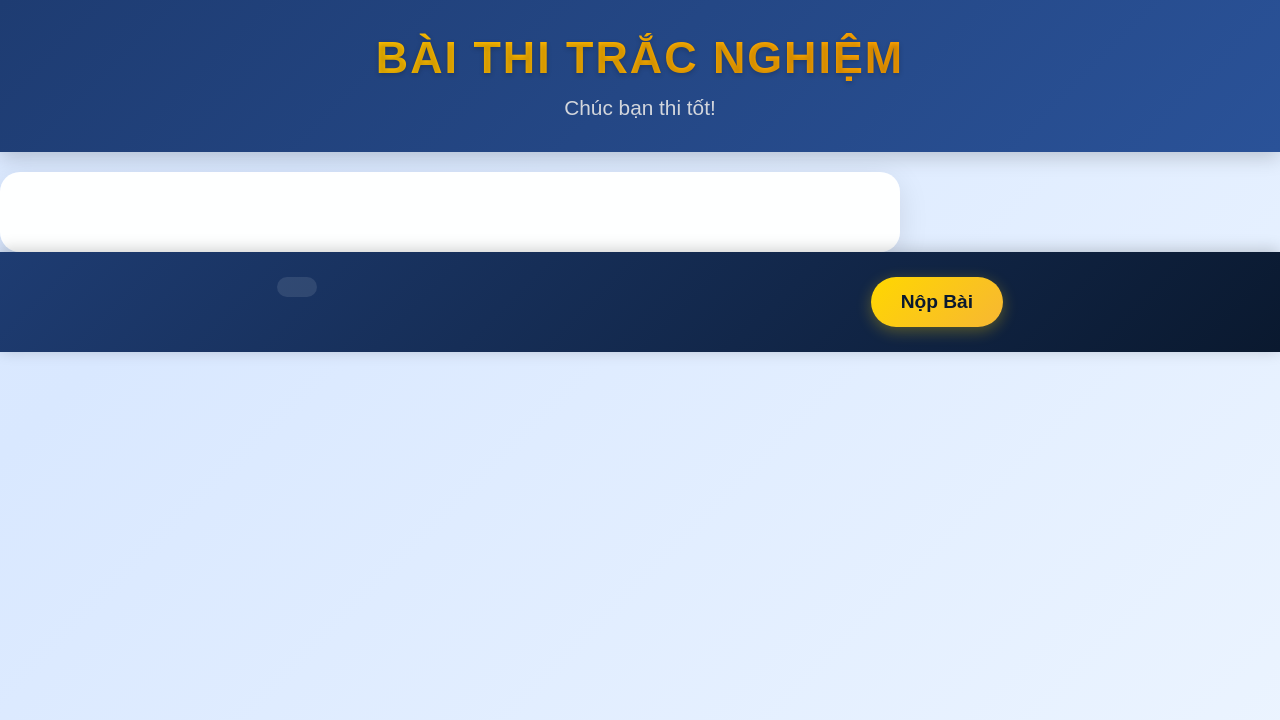
Repository: quankenda73/Prject_Final
Page: INDEX/quiz.html
The author's editor kept a copy of each file at every save. The page is drawn from the files as they stood at one save, then again after the next save.
The browser window is 1280 px wide. The pictures show the whole page.

Above is the page before, as saved 2025-02-25 18:48:28.
Console error (its wording comes from the project's code and is left out).

After the next save:
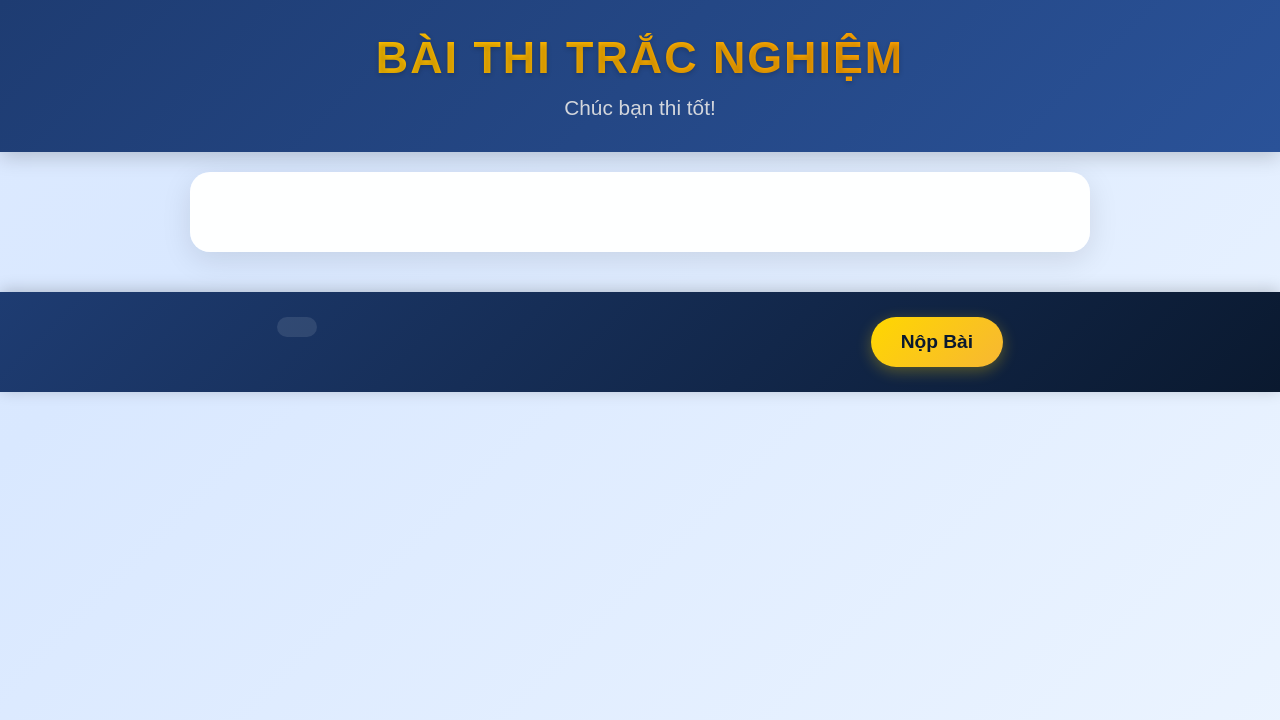
Saved 7 min 0 s later.
--- a/INDEX/quiz.html
+++ b/INDEX/quiz.html
@@ -55,17 +55,10 @@
             font-weight: 300;
         }
 
-        main {
-            flex: 1;
-            display: flex;
-            justify-content: center;
-            align-items: center;
-            padding: 40px 20px;
-        }
-
         section {
             width: 100%;
             max-width: 900px;
+            margin: 40px auto;
             background: rgba(255, 255, 255, 0.98);
             padding: 40px;
             border-radius: 20px;
@@ -169,11 +162,8 @@
                 font-size: 1.1rem;
             }
 
-            main {
-                padding: 20px;
-            }
-
             section {
+                margin: 20px auto;
                 padding: 25px;
             }
 
@@ -236,7 +226,6 @@
         let remainingTime = timeLimit;
         let questionsData = [];
 
-        // Tải đề thi từ server.js
         fetch(`http://localhost:3000/api/questions?subject=${subject}&level=${level}`)
             .then(response => {
                 if (!response.ok) {
@@ -308,22 +297,18 @@
 
             questionsData.forEach((q, index) => {
                 const selectedAnswer = document.querySelector(`input[name="q${index}"]:checked`);
-                const selectedValue = selectedAnswer ? selectedAnswer.value : "Chưa chọn";
-
-                if (selectedValue === "Chưa chọn") {
+                const selectedValue = selectedAnswer ? selectedAnswer.value.trim() : "Chưa chọn";
+
+                const isCorrect = selectedValue === q.answer.trim();
+
+                if (isCorrect) {
+                    score++;
                     explanations.push({
                         question: q.question,
-                        selected: "Chưa chọn",
+                        selected: selectedValue,
                         correct: q.answer,
-                        explanation: "Không có giải thích vì bạn chưa chọn đáp án."
+                        explanation: "Đáp án đúng, không cần giải thích thêm."
                     });
-                    return;
-                }
-
-                const isCorrect = selectedValue.trim() === q.answer.trim();
-
-                if (isCorrect) {
-                    score++;
                 } else {
                     const promise = getGeminiExplanation(`Câu hỏi: ${q.question}\nBạn chọn: ${selectedValue}\nĐáp án đúng: ${q.answer}`)
                         .then(explanation => {
@@ -340,7 +325,7 @@
                                 question: q.question,
                                 selected: selectedValue,
                                 correct: q.answer,
-                                explanation: "Không thể lấy lời giải thích."
+                                explanation: "Không thể lấy giải thích từ AI."
                             });
                         });
                     promises.push(promise);
@@ -348,7 +333,11 @@
             });
 
             Promise.all(promises).then(() => {
-                const answerParams = questionsData.map((_, index) => `q${index}=${encodeURIComponent(explanations[index]?.selected || "Chưa chọn")}`).join('&');
+                const answerParams = questionsData.map((_, index) => {
+                    const selected = explanations[index]?.selected || "Chưa chọn";
+                    return `q${index}=${encodeURIComponent(selected)}`;
+                }).join('&');
+
                 window.location.href = `results.html?subject=${subject}&level=${level}&score=${score}&explanations=${encodeURIComponent(JSON.stringify(explanations))}&${answerParams}`;
             });
         }
@@ -366,10 +355,10 @@
                 }
 
                 const data = await response.json();
-                return data.reply || "Không có lời giải thích.";
+                return data.reply || "Không có giải thích.";
             } catch (error) {
                 console.error("Lỗi khi gọi API Gemini:", error);
-                return "Không thể lấy lời giải thích.";
+                return "Không thể lấy giải thích.";
             }
         }
     </script>

After the 2 saves that followed:
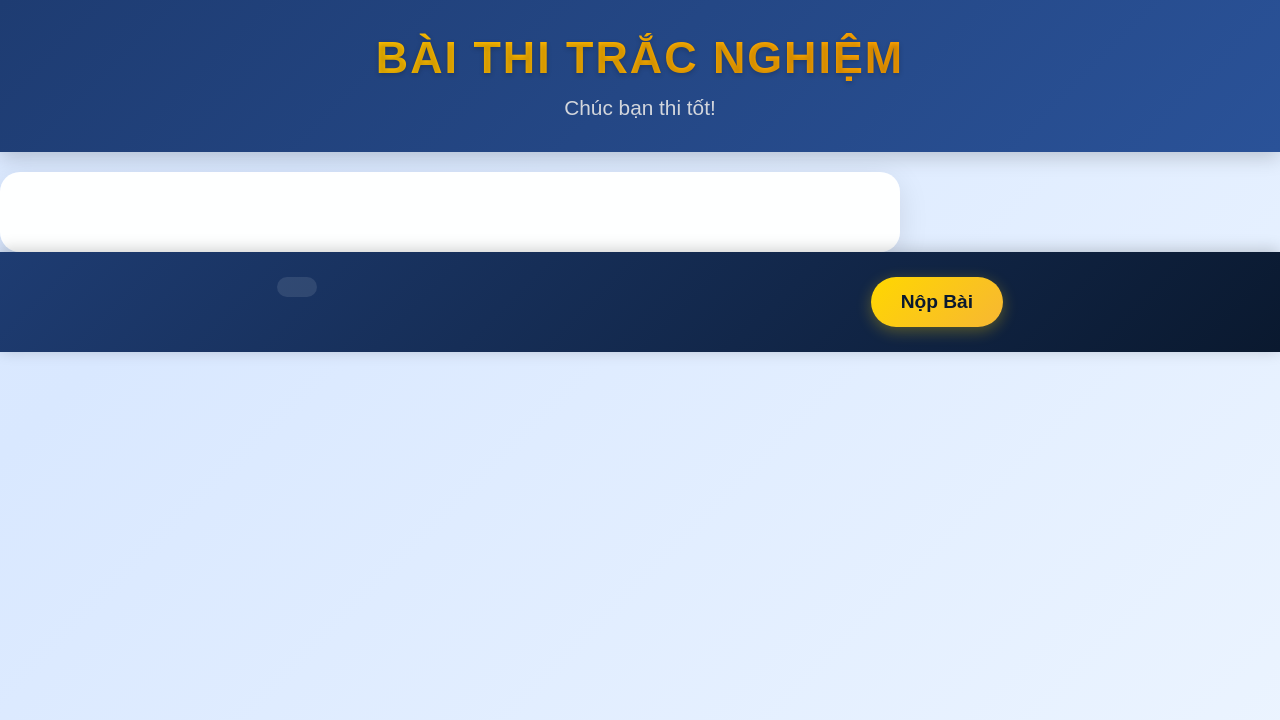
The 2 saves are shown as one change because 1 left the picture as it was.
The last was saved 6 min 11 s later.
--- a/INDEX/quiz.html
+++ b/INDEX/quiz.html
@@ -55,10 +55,17 @@
             font-weight: 300;
         }
 
+        main {
+            flex: 1;
+            display: flex;
+            justify-content: center;
+            align-items: center;
+            padding: 40px 20px;
+        }
+
         section {
             width: 100%;
             max-width: 900px;
-            margin: 40px auto;
             background: rgba(255, 255, 255, 0.98);
             padding: 40px;
             border-radius: 20px;
@@ -162,8 +169,11 @@
                 font-size: 1.1rem;
             }
 
+            main {
+                padding: 20px;
+            }
+
             section {
-                margin: 20px auto;
                 padding: 25px;
             }
 
@@ -226,6 +236,7 @@
         let remainingTime = timeLimit;
         let questionsData = [];
 
+        // Tải đề thi từ server.js
         fetch(`http://localhost:3000/api/questions?subject=${subject}&level=${level}`)
             .then(response => {
                 if (!response.ok) {
@@ -297,18 +308,22 @@
 
             questionsData.forEach((q, index) => {
                 const selectedAnswer = document.querySelector(`input[name="q${index}"]:checked`);
-                const selectedValue = selectedAnswer ? selectedAnswer.value.trim() : "Chưa chọn";
-
-                const isCorrect = selectedValue === q.answer.trim();
+                const selectedValue = selectedAnswer ? selectedAnswer.value : "Chưa chọn";
+
+                if (selectedValue === "Chưa chọn") {
+                    explanations.push({
+                        question: q.question,
+                        selected: "Chưa chọn",
+                        correct: q.answer,
+                        explanation: "Không có giải thích vì bạn chưa chọn đáp án."
+                    });
+                    return;
+                }
+
+                const isCorrect = selectedValue.trim() === q.answer.trim();
 
                 if (isCorrect) {
                     score++;
-                    explanations.push({
-                        question: q.question,
-                        selected: selectedValue,
-                        correct: q.answer,
-                        explanation: "Đáp án đúng, không cần giải thích thêm."
-                    });
                 } else {
                     const promise = getGeminiExplanation(`Câu hỏi: ${q.question}\nBạn chọn: ${selectedValue}\nĐáp án đúng: ${q.answer}`)
                         .then(explanation => {
@@ -325,7 +340,7 @@
                                 question: q.question,
                                 selected: selectedValue,
                                 correct: q.answer,
-                                explanation: "Không thể lấy giải thích từ AI."
+                                explanation: "Không thể lấy lời giải thích."
                             });
                         });
                     promises.push(promise);
@@ -333,11 +348,7 @@
             });
 
             Promise.all(promises).then(() => {
-                const answerParams = questionsData.map((_, index) => {
-                    const selected = explanations[index]?.selected || "Chưa chọn";
-                    return `q${index}=${encodeURIComponent(selected)}`;
-                }).join('&');
-
+                const answerParams = questionsData.map((_, index) => `q${index}=${encodeURIComponent(explanations[index]?.selected || "Chưa chọn")}`).join('&');
                 window.location.href = `results.html?subject=${subject}&level=${level}&score=${score}&explanations=${encodeURIComponent(JSON.stringify(explanations))}&${answerParams}`;
             });
         }
@@ -355,10 +366,10 @@
                 }
 
                 const data = await response.json();
-                return data.reply || "Không có giải thích.";
+                return data.reply || "Không có lời giải thích.";
             } catch (error) {
                 console.error("Lỗi khi gọi API Gemini:", error);
-                return "Không thể lấy giải thích.";
+                return "Không thể lấy lời giải thích.";
             }
         }
     </script>
